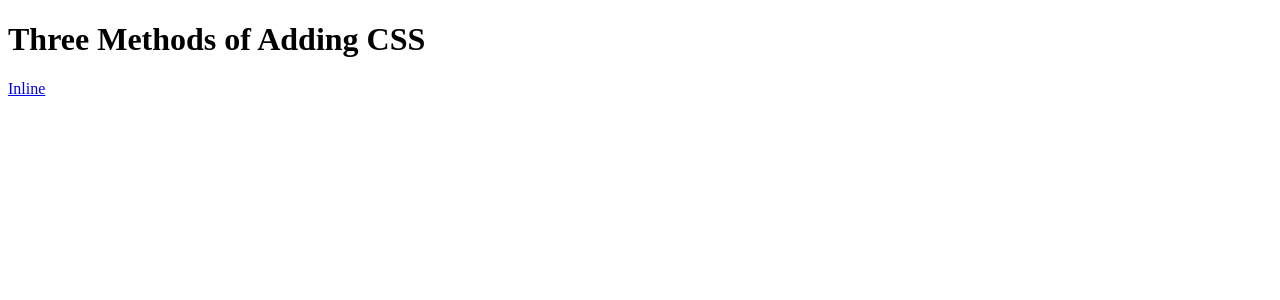
Repository: arzeee/Web_Course
Page: 5.1+Adding+CSS/5.1. Adding CSS/index.html
The author's editor kept a copy of each file at every save. The page is drawn from the files as they stood at one save, then again after a run of saves.
The browser window is 1280 px wide. The pictures show the whole page.

Above is the page before, as saved 2024-12-06 10:07:13.

### 5.1+Adding+CSS/5.1. Adding CSS/index.html
<!DOCTYPE html>
<html lang="en">

<head>
  <meta charset="UTF-8">
  <title>Adding CSS</title>
</head>

<body>
  <h1>Three Methods of Adding CSS</h1>
  <!-- Create 3 Links to The 3 Webpages: inline, internal and external -->
   <p><a href="inline.html">Inline</a> <a href=""></a></p>
</body>

</html>

After the next 3 saves:
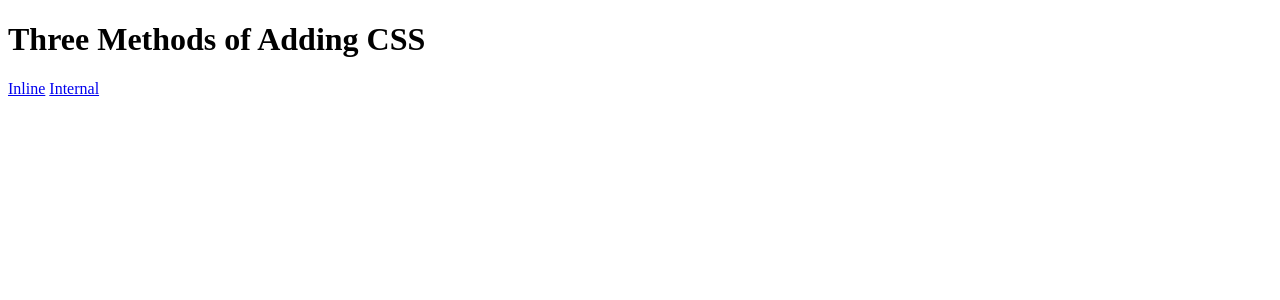
The 3 saves are shown as one change because they came seconds apart.
The last was saved 10 s later.
--- a/5.1+Adding+CSS/5.1. Adding CSS/index.html
+++ b/5.1+Adding+CSS/5.1. Adding CSS/index.html
@@ -9,7 +9,7 @@
 <body>
   <h1>Three Methods of Adding CSS</h1>
   <!-- Create 3 Links to The 3 Webpages: inline, internal and external -->
-   <p><a href="inline.html">Inline</a> <a href=""></a></p>
+   <p><a href="inline.html">Inline</a> <a href="internal.html">Internal</a> <a href=""></a></p>
 </body>
 
 </html>
